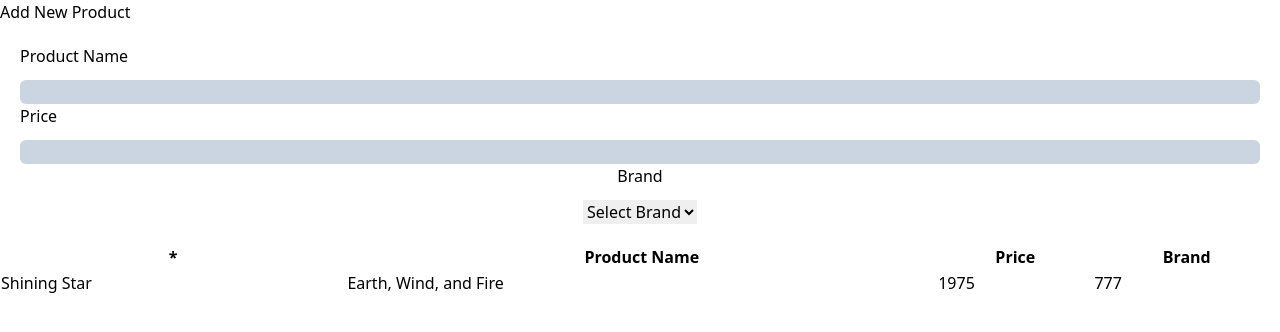
Repository: Semanmernstack/next-13-prisma-crud
Page: /product
An editor plug-in stored every save of this project. The page is shown before and after the next save, followed by the edit.
The browser window is 1280 px wide. The pictures show the whole page.
The project was rebuilt for these pictures with package versions that can differ from the ones it lists, and the page was loaded fresh each time. The framework's server and built-in components were replaced by stand-ins that run in the browser. Also part of the build but not shown: next.config.js.

Above is the page before, as saved 2023-06-01 01:02:13.

### app/layout.tsx
import './globals.css'
import { Inter } from 'next/font/google'



export const metadata = {
  title: 'Create Next App',
  description: 'Generated by create next app',
}

export default function RootLayout({
  children,
}: {
  children: React.ReactNode
}) {
  return (
    <html lang="en">
      <body className="">{children}</body>
    </html>
  )
}

### app/product/page.tsx
import React from 'react'
import AddPrisma from '../components/AddPrisma'

function page() {
  return (
    <div>
        <AddPrisma/>
        <table className="table w-full items-center">
        <thead>
          <tr className="items-center">
            <th>*</th>
            <th>Product Name</th>
            <th>Price</th>
            <th>Brand</th>
          </tr>
        </thead>
        <tbody>

          <tr>
            <td>Shining Star</td>
            <td>Earth, Wind, and Fire</td>
            <td>1975</td>
            <td>777</td>
          </tr>
        </tbody>
      </table>



    </div>
  )
}

export default page

### app/components/AddPrisma.tsx
"use client"
import React, { useState } from 'react'

function AddPrisma() {
    const [product, setProduct] = useState("");
    const [price, setPrice] = useState("")
    const [brand, setBrand] = useState("")
    const [open, setOpen] = useState(true)

    const handleOpen = () => {
        setOpen(false)
    }
  return (
    <div className=' mx-auto max-w-7xl'>
        <button onClick={handleOpen}>Add New Product</button>
        <form className=" flex flex-col    decoration-slate-400 p-5 z-50" >
            <div className='flex flex-col space-y-3 w-full'>
                <label>Product Name</label>
                <input className='w-full bg-slate-300 rounded-md outline-none' type="text" value={product} onChange={(e) => setProduct(e.target.value)} />
            </div>
            <div className='flex flex-col space-y-3 w-full'>
                <label >Price</label>
                <input className='w-ful bg-slate-300 rounded-md outline-none' type="text" value={price} onChange={(e) => setPrice(e.target.value)} />
            </div>
            <div className='flex flex-col items-center space-y-3 w-full'  >
                <label>Brand</label>
                <select value={brand} onChange={(e) => setBrand(e.target.value)} >
                    <option value="" disabled> Select Brand </option>
                    <option value="">Brand 2</option>
                </select>
            </div>



        </form>
    </div>

  )
}

export default AddPrisma

Loaded but not shown: app/globals.css (common file); tailwind.config.js (common file)

After the next save:
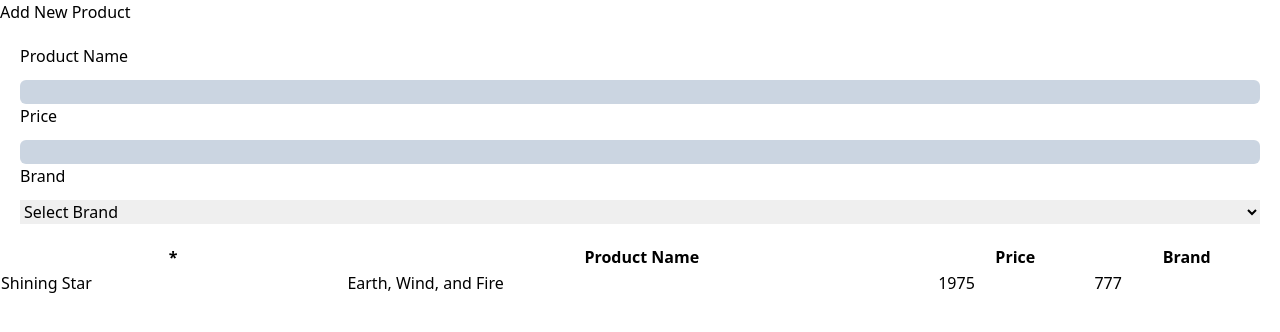
Saved 23 s later.
--- a/app/components/AddPrisma.tsx
+++ b/app/components/AddPrisma.tsx
@@ -22,7 +22,7 @@
                 <label >Price</label>
                 <input className='w-ful bg-slate-300 rounded-md outline-none' type="text" value={price} onChange={(e) => setPrice(e.target.value)} />
             </div>
-            <div className='flex flex-col items-center space-y-3 w-full'  >
+            <div className='flex flex-col  space-y-3 w-full'  >
                 <label>Brand</label>
                 <select value={brand} onChange={(e) => setBrand(e.target.value)} >
                     <option value="" disabled> Select Brand </option>
